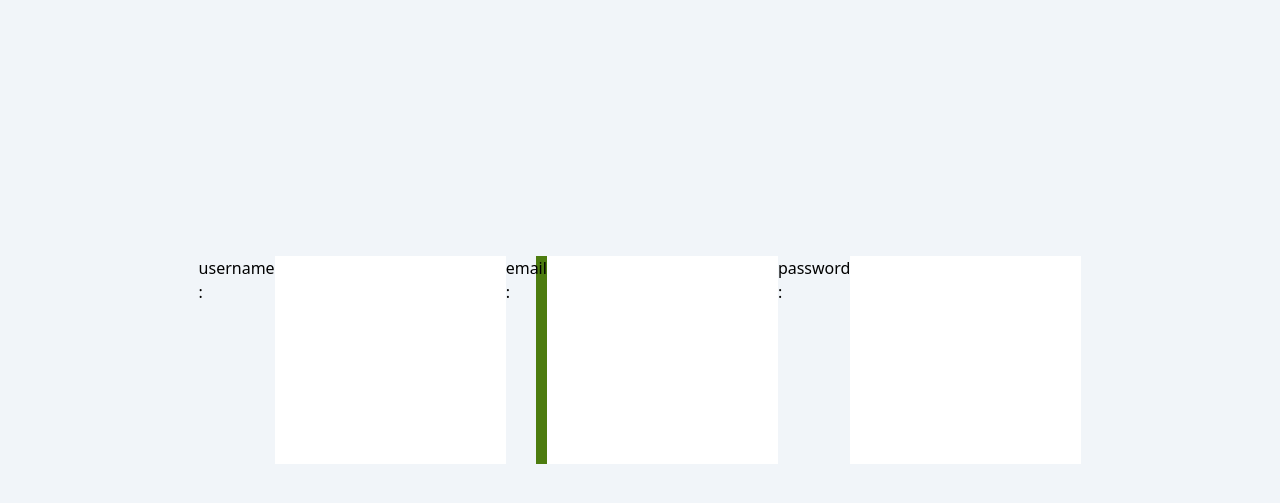
Repository: Emy-gold/alx-fe-reactjs
Page: / (app in form-handling-react/)
These files come from the project's save history. The page is drawn as it stood at one moment and after the next save; the edit follows.
The browser window is 1280 px wide. The pictures show the whole page.
The project was rebuilt for these pictures with package versions that can differ from the ones it lists, and the page was loaded fresh each time. Also part of the build but not shown: form-handling-react/vite.config.js.

Above is the page before, as saved 2025-08-22 21:23:45.

After the next save:
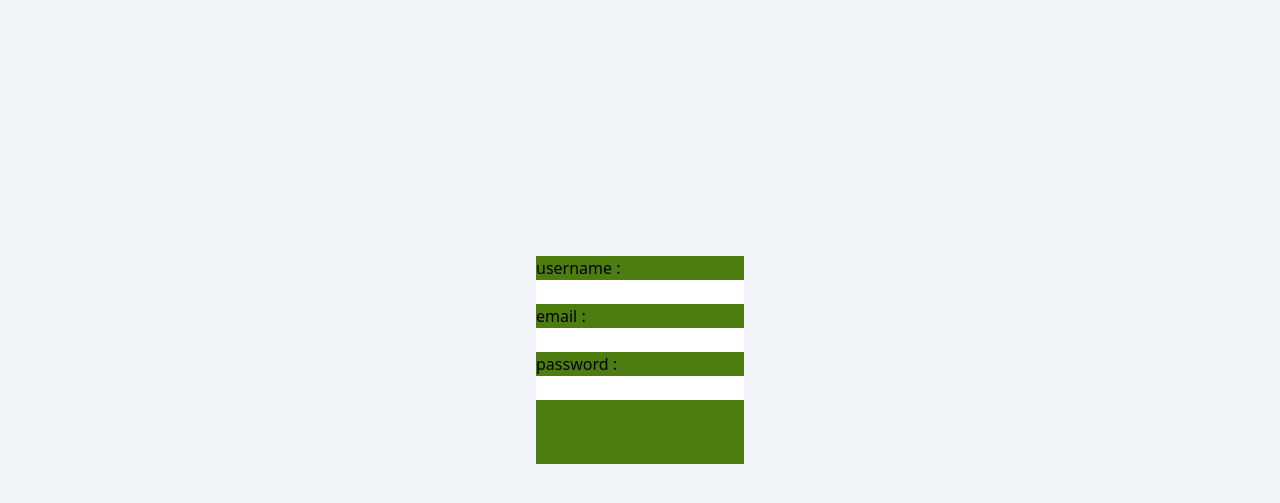
Saved 51 s later.
--- a/form-handling-react/src/components/RegistrationForm.jsx
+++ b/form-handling-react/src/components/RegistrationForm.jsx
@@ -17,7 +17,7 @@ function RegistrationForm() {
 
     return (
         <div className='flex w-full mx-auto h-screen justify-center items-center bg-slate-100'>
-            <form onSubmit={handleSubmit} className='flex justify-center bg-lime-700 w-52 h-52'>
+            <form onSubmit={handleSubmit} className='flex flex-col bg-lime-700 w-52 h-52'>
                 <label>username :</label>
                 <input
                     type="text"
